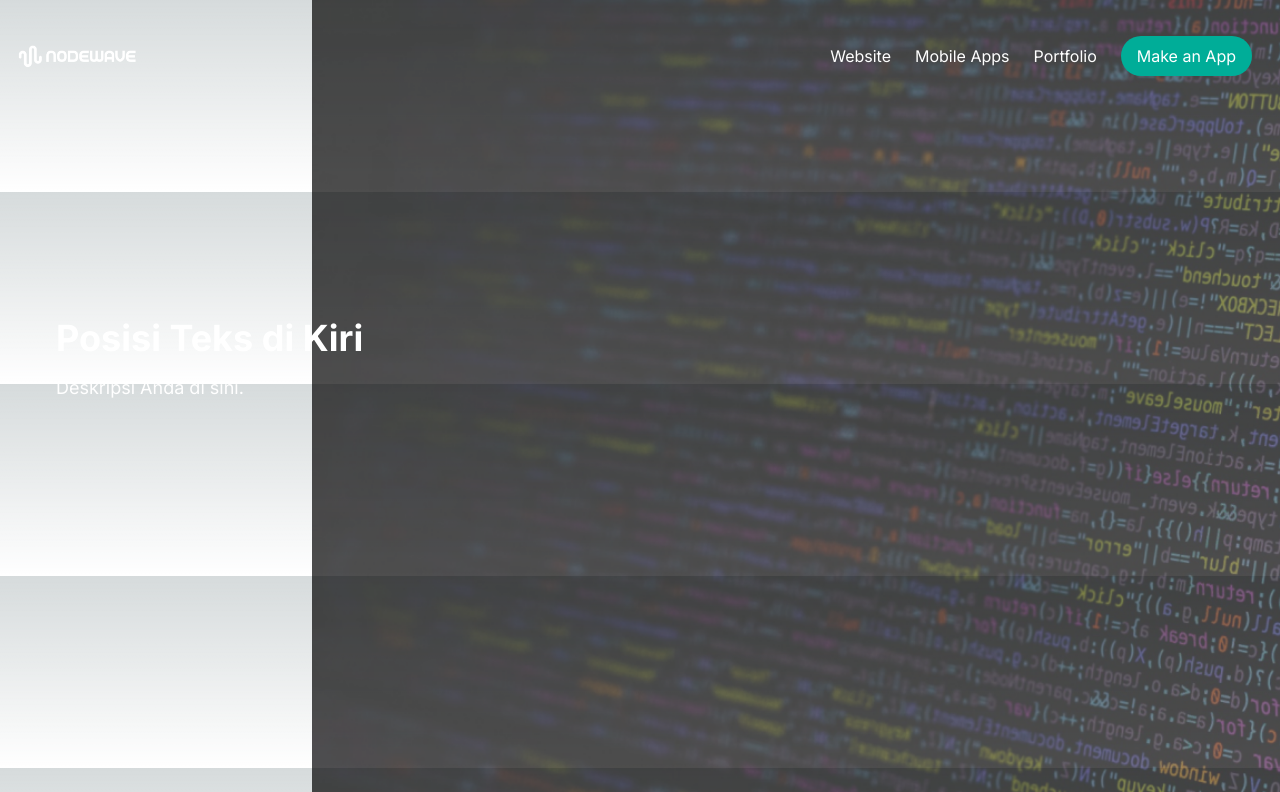
Repository: farrelmuhammad/nodewave
Page: /
These files come from the project's save history. The page is drawn as it stood at one moment and after the next save; the edit follows.
The browser window is 1280 px wide. The pictures show the whole page.
The project was rebuilt for these pictures with package versions that can differ from the ones it lists, and the page was loaded fresh each time. The framework's server and built-in components were replaced by stand-ins that run in the browser. Also part of the build but not shown: next.config.js.

Above is the page before, as saved 2023-09-08 13:35:02.

After the next save:
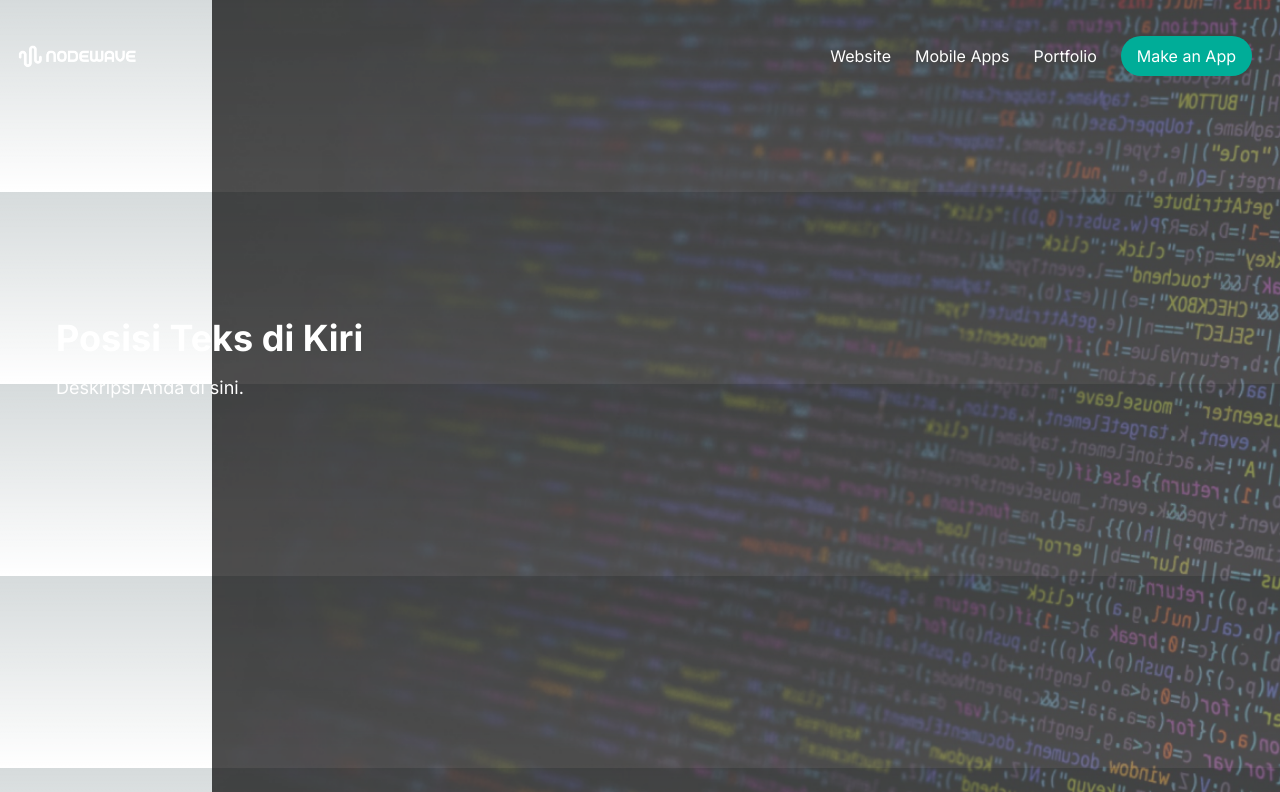
Saved 12 s later.
--- a/src/components/Hero.jsx
+++ b/src/components/Hero.jsx
@@ -5,7 +5,7 @@
   return (
     <main className="flex h-full items-center justify-between p-24">
       <div
-        className="absolute inset-0 bg-cover bg-center max-w-screen h-[881px] top-[-89px] left-[312px] bg-opacity-50 bg-black"
+        className="absolute inset-0 bg-cover bg-center max-w-screen h-[881px] top-[-89px] left-[212px] bg-opacity-50 bg-black"
         style={{
           backgroundImage: 'url("/assets/background.png")', // Ganti dengan path gambar latar belakang Anda
         }}
